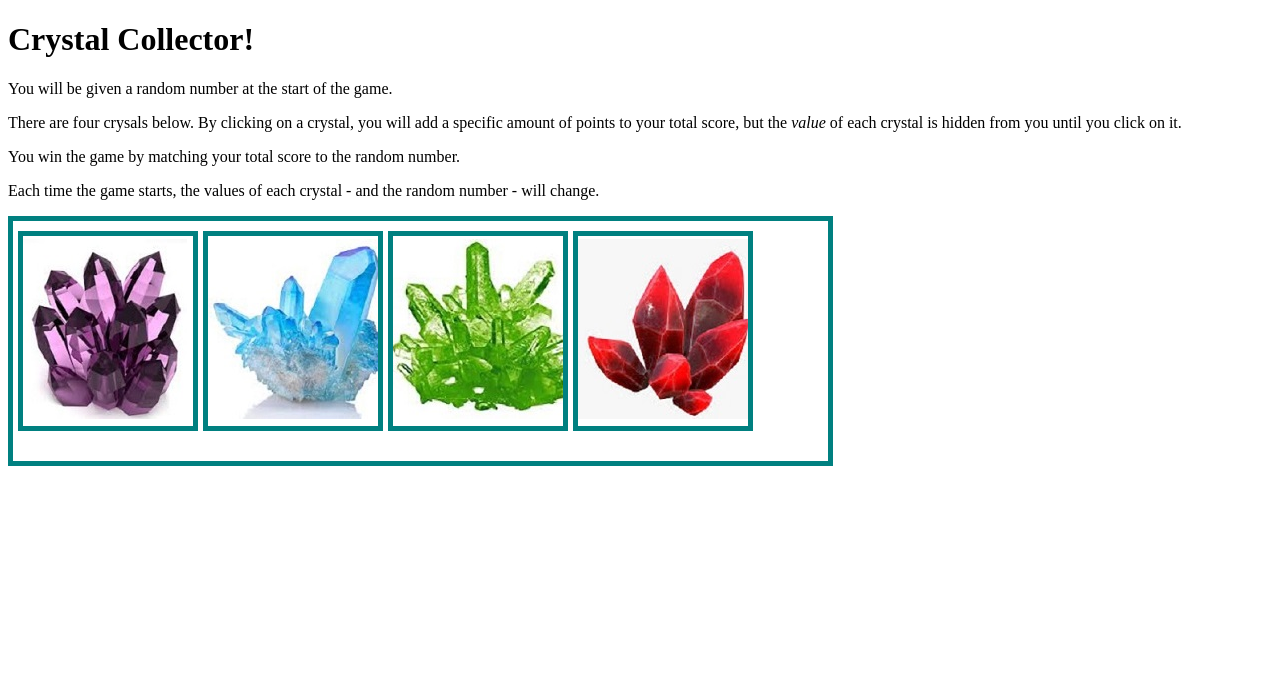
Repository: dsaftler/unit-4-game
Page: index.html
The author's editor kept a copy of each file at every save. The page is drawn from the files as they stood at one save, then again after the next save.
The browser window is 1280 px wide. The pictures show the whole page.

Above is the page before, as saved 2019-04-01 18:59:04.

### index.html
<!DOCTYPE html>
<html lang="en">
<head>
  <meta charset="UTF-8">
  <meta name="viewport" content="width=device-width, initial-scale=1.0">
  <meta http-equiv="X-UA-Compatible" content="ie=edge">
  <link rel="stylesheet" href="assets/css/reset.css">
  <link rel="stylesheet" href="assets/css/style.css">
  <script src="https://ajax.googleapis.com/ajax/libs/jquery/3.3.1/jquery.min.js"></script>


  <title>Puzzle Crystal Collector</title>
</head>
<body>
<h1>Crystal Collector!</h1>
<p>You will be given a random number at the start of the game.</p>
<p>There are four crysals below.  By clicking on a crystal, you will add a specific amount of points to your total score, but the <em>value</em> of each crystal is hidden from you until you click on it.</p>
<p>You win the game by matching your total score to the random number.</p>
<p>Each time the game starts, the values of each crystal - and the random number - will change.</p>

<div class="crystal-set">
  <div class="crystal clearfix" id="crystal_1"><img src="assets/images/crystal_1.jpg"></div>
  <div class="crystal clearfix" id="crystal_2"><img src="assets/images/crystal_2.jpg"></div>
  <div class="crystal clearfix" id="crystal_3"><img src="assets/images/crystal_3.jpg"></div>
  <div class="crystal clearfix" id="crystal_4"><img src="assets/images/crystal_4.jpg"></div>
</div>


</body>
</html>

### assets/css/style.css
* {
  box-sizing: border-box;
}
.body {
background-image: url("assets/images/congruent_pentagon.png")
}
.container{
  background-color: "green"

}
.crystal-set{
  background-color: #ffffff;
  height: 250px;
  width: 825px;
  border:5px solid teal;
  padding: 5px;
  align-content: vertical;
}
.crystal{
  display: block;
  align-content: center;
  float: left;
  height: 200px;
  width: 180px;
  margin-right: 5px;
  margin-top: 5px;

  border: teal 5px solid;


}
.clearfix {
  overflow: hidden;
}

Loaded but not shown: assets/css/reset.css (no stored copy; drawn as an empty file)

After the next save:
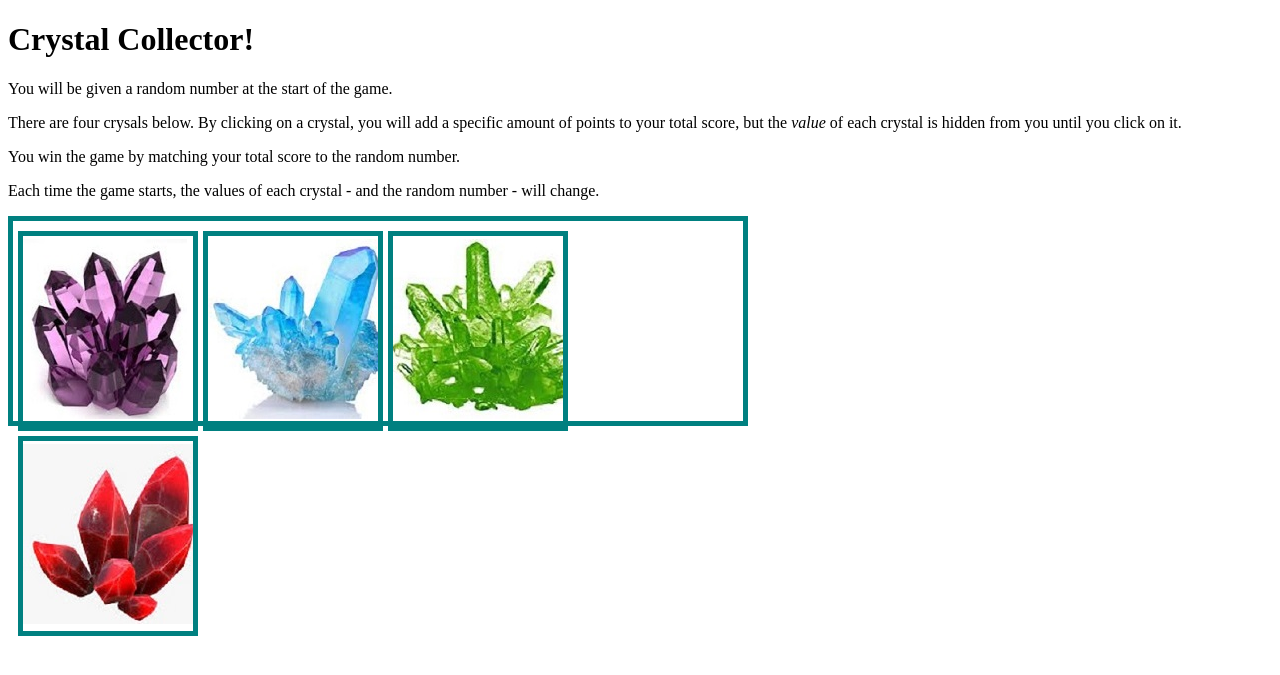
Saved 4 min 19 s later.
--- a/assets/css/style.css
+++ b/assets/css/style.css
@@ -10,10 +10,11 @@ background-image: url("assets/images/congruent_pentagon.png")
 }
 .crystal-set{
   background-color: #ffffff;
-  height: 250px;
-  width: 825px;
+  height: 210px;
+  width: 740px;
   border:5px solid teal;
   padding: 5px;
+  padding-right: 10px;
   align-content: vertical;
 }
 .crystal{
